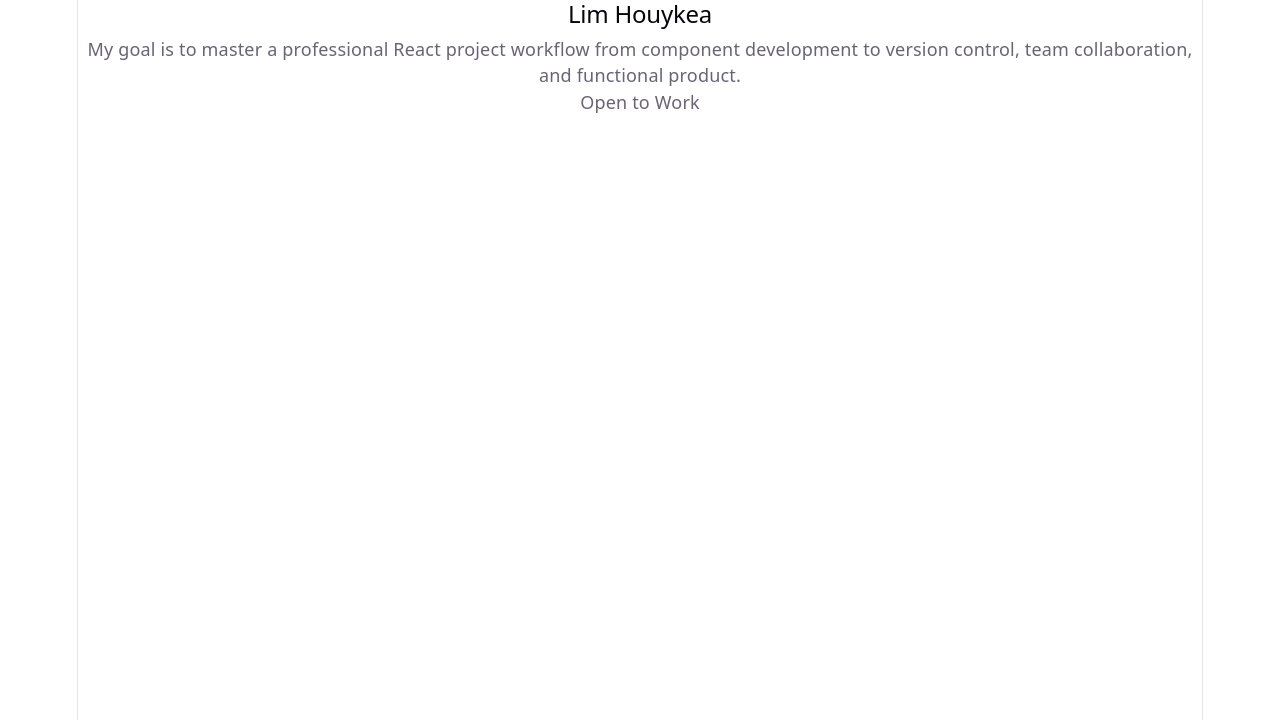
Repository: Houykea/jia-portfolio
Page: /
An editor plug-in stored every save of this project. The page is shown before and after a run of saves, followed by the edit.
The browser window is 1280 px wide. The pictures show the whole page.
The project was rebuilt for these pictures with package versions that can differ from the ones it lists, and the page was loaded fresh each time. Also part of the build but not shown: vite.config.js.

Above is the page before, as saved 2026-09-11 16:57:57.

After the next 2 saves:
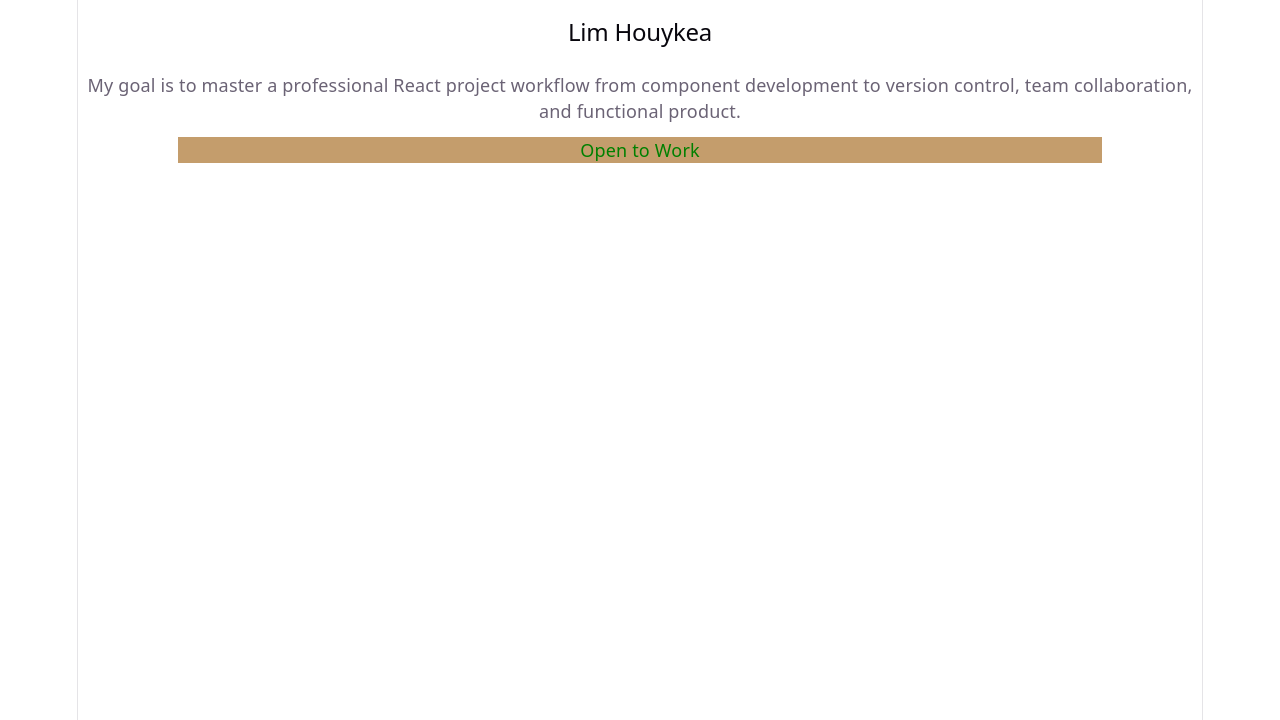
The 2 saves are shown as one change because they came seconds apart.
The last was saved 7 s later.
--- a/src/App.css
+++ b/src/App.css
@@ -1,4 +1,4 @@
-@import
+@import "tailwindcss";
 .green {
   color: green;
   background-color: rgb(196, 157, 108);
